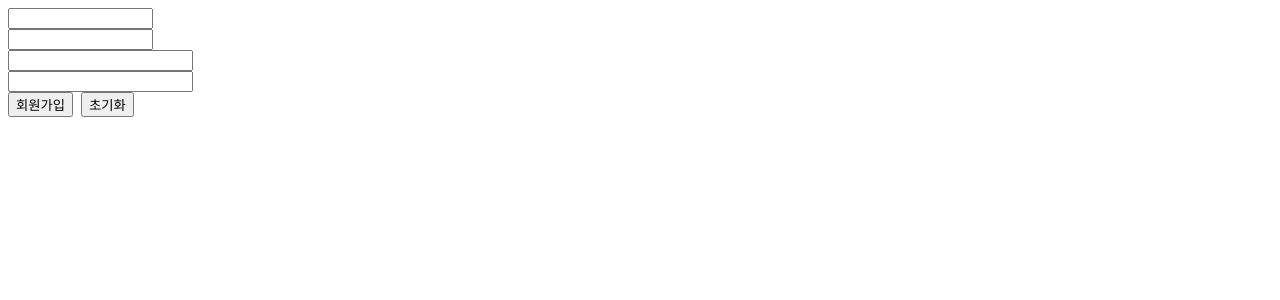
Repository: Yingjae/jsp_practice
Page: http://localhost/JSPBasic/JspObject/1.requests/req_join_form.jsp
These files come from the project's save history. The page is drawn as it stood at one moment and after the next save; the edit follows.
The browser window is 1280 px wide. The pictures show the whole page.
The page is served by Tomcat 9.

Above is the page before, as saved 2022-02-04 02:13:10.

### JSPBasic/src/main/webapp/JspObject/1.requests/req_join_form.jsp
<%@ page language="java" contentType="text/html; charset=UTF-8"
    pageEncoding="UTF-8"%>
<!DOCTYPE html>
<html>
<head>
<meta charset="UTF-8">
<title>Insert title here</title>
</head>
<body>
<form action="req_join_result.jsp" method="post">
	<input type="text" name="id" size="15px" /><br/>
	<input type="password" name="pw" size="15px" /><br/>
	<input type="text" name="이름" /><br/>
	<input type="text" name="나이" /><br/>
	<input type="submit" value="회원가입" />&nbsp;
	<input type="reset" value="초기화" /><br/>
</form>
</body>
</html>

After the next save:
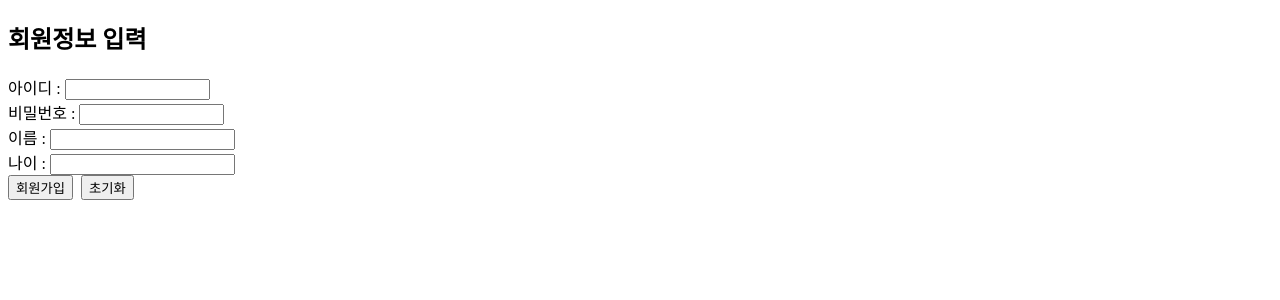
Saved 45 s later.
--- a/JSPBasic/src/main/webapp/JspObject/1.requests/req_join_form.jsp
+++ b/JSPBasic/src/main/webapp/JspObject/1.requests/req_join_form.jsp
@@ -7,11 +7,13 @@
 <title>Insert title here</title>
 </head>
 <body>
+<h2>회원정보 입력</h2>
+
 <form action="req_join_result.jsp" method="post">
-	<input type="text" name="id" size="15px" /><br/>
-	<input type="password" name="pw" size="15px" /><br/>
-	<input type="text" name="이름" /><br/>
-	<input type="text" name="나이" /><br/>
+	아이디 : <input type="text" name="id" size="15px" /><br/>
+	비밀번호 : <input type="password" name="pw" size="15px" /><br/>
+	이름 : <input type="text" name="이름" /><br/>
+	나이 : <input type="text" name="나이" /><br/>
 	<input type="submit" value="회원가입" />&nbsp;
 	<input type="reset" value="초기화" /><br/>
 </form>
